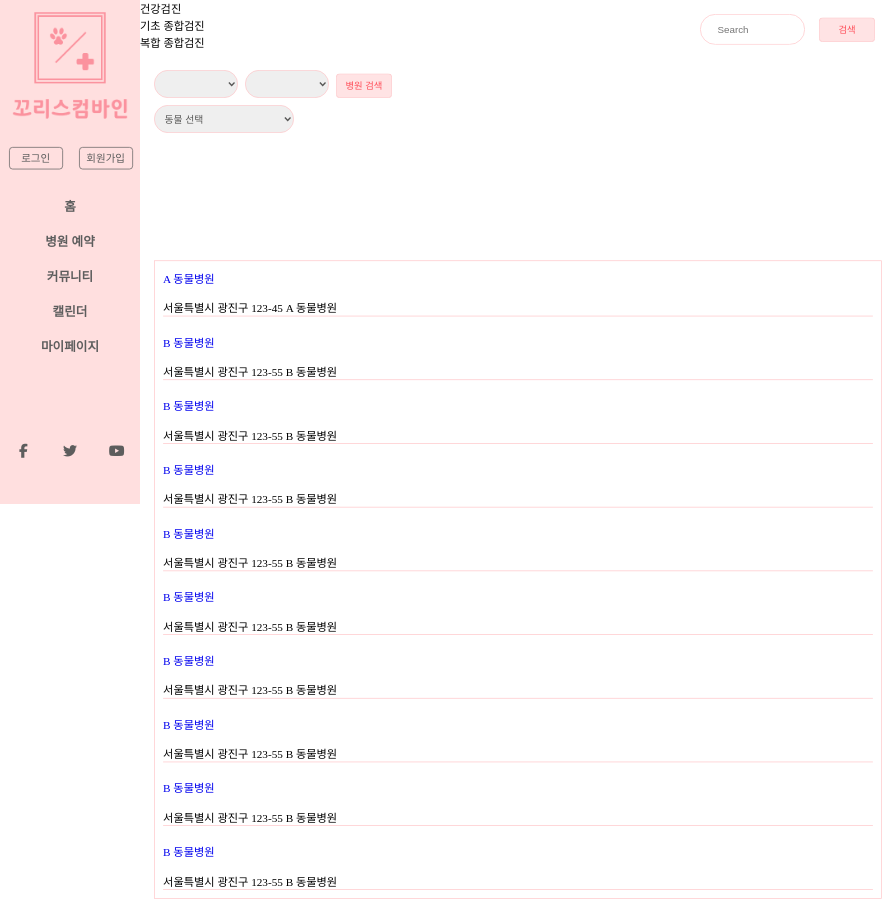
Repository: dodnam/kkoris
Page: http://localhost/1_kkoris/reservation1.jsp
These files come from the project's save history. The page is drawn as it stood at one moment and after the next save; the edit follows.
The browser window is 1280 px wide. The pictures show the whole page, at 70% of full size.
Some web libraries are served in a nearby version. The page is served by Tomcat 9.

Above is the page before, as saved 2020-02-17 01:55:26.
Console error: TypeError: Cannot read properties of undefined (reading 'options')

### 1_kkoris/WebContent/reservation1.jsp
<%@ page language="java" contentType="text/html; charset=UTF-8"
    pageEncoding="UTF-8"%>
<!DOCTYPE html>
<html>
<head>
<meta charset="UTF-8">
<title>Insert title here</title>
<link rel="stylesheet" type="text/css" href="<%= request.getContextPath() %>/css/index.css"/>
<style>
	.search_input{width: 150px; padding: 12px 24px; font-size: 14px; line-height: 18px; color: #575756; background-size: 18px 18px; border-radius: 50px; backface-visibility: hidden; border: 1px solid #ffc6c9;position: fixed; right:130px; top: 20px; outline:none;}
   .search_box1{line-height: 30px; text-align: center; background-color: #ffe3e4; color:#ff4e59;border: 1px solid #fcc6c9; border-radius: 5px; width: 80px; height: 35px;  position: fixed;right: 30px; top: 25px; outline:none;}
   	#city{width: 120px; padding: 10px; font-size: 14px; line-height: 18px; color: #575756;background-size: 18px 10px; border-radius: 50px; border: 1px solid #ffc6c9;position: fixed; top: 100px; left:220px; outline:none;}
   	#gugun{width: 120px; padding: 10px; font-size: 14px; line-height: 18px; color: #575756;background-size: 18px 10px; border-radius: 50px; border: 1px solid #ffc6c9;position: fixed; top: 100px; left: 350px; outline:none;}
   	.search_box2{line-height: 30px; text-align: center; background-color: #ffe3e4; color:#ff4e59;border: 1px solid #fcc6c9; border-radius: 5px; width: 80px; height: 35px;  position: fixed;left: 480px; top: 105px; outline:none;}
   	.search_animal{width: 200px; padding: 10px; font-size: 14px; line-height: 18px; color: #575756;background-size: 18px 10px; border-radius: 50px; border: 1px solid #ffc6c9;position: fixed; top: 150px; left:220px; outline:none;}
   	.medical_departments{width: 200px; padding: 10px; font-size: 14px; line-height: 18px; color: #575756;background-size: 18px 10px; border-radius: 50px; border: 1px solid #ffc6c9;position: fixed; top: 200px; left:220px; outline:none;}
   	.hospital_list{border:1px solid #ffc6c9; overflow: auto; left:220px; right: 20px; bottom:50px;margin-top:300px; margin-left:20px; margin-right:20px;}
   	.hospital_list>ul>li{padding:12px;}
   	.hospital_list>ul>li::after{content: ''; display:block; border-bottom: 1px solid #ffc6c9; width:100%;}
</style>
	<script type="text/javascript">

		   // 지역 선택

		   var f_selbox = ["서울특별시","인천광역시","대전광역시","광주광역시","대구광역시","울산광역시","부산광역시","경기도","강원도","충청북도","충청남도","전라북도","전라남도","경상북도","경상남도","제주도"];
		   var s_selbox = new Array();
		   s_selbox[0] = ["강남구","강동구","강북구","강서구","관악구","광진구","구로구","금천구","노원구","도봉구","동대문구","동작구","마포구","서대문구","서초구","성동구","성북구","송파구","양천구","영등포구","용산구","은평구","종로구","중구","중랑구"];
		   s_selbox[1] = ["계양구","남구","남동구","동구","부평구","서구","연수구","중구","강화군","옹진군"];
		   s_selbox[2] = ["대덕구","동구","서구","유성구","중구"];
		   s_selbox[3] = ["광산구","남구","동구",     "북구","서구"];
		   s_selbox[4] = ["남구","달서구","동구","북구","서구","수성구","중구","달성군"];
		   s_selbox[5] = ["남구","동구","북구","중구","울주군"];
		   s_selbox[6] = ["강서구","금정구","남구","동구","동래구","부산진구","북구","사상구","사하구","서구","수영구","연제구","영도구","중구","해운대구","기장군"];
		   s_selbox[7] = ["고양시","과천시","광명시","광주시","구리시","군포시","김포시","남양주시","동두천시","부천시","성남시","수원시","시흥시","안산시","안성시","안양시","양주시","오산시","용인시","의왕시","의정부시","이천시","파주시","평택시","포천시","하남시","화성시","가평군","양평군","여주군","연천군"];
		   s_selbox[8] = ["강릉시","동해시","삼척시","속초시","원주시","춘천시","태백시","고성군","양구군","양양군","영월군","인제군","정선군","철원군","평창군","홍천군","화천군","횡성군"];
		   s_selbox[9]= ["제천시","청주시","충주시","괴산군","단양군","보은군","영동군","옥천군","음성군","증평군","진천군","청원군"];
		   s_selbox[10] = ["계룡시","공주시","논산시","보령시","서산시","아산시","천안시","금산군","당진군","부여군","서천군","연기군","예산군","청양군","태안군","홍성군"];
		   s_selbox[11] = ["군산시","김제시","남원시","익산시","전주시","정읍시","고창군","무주군","부안군","순창군","완주군","임실군","장수군","진안군"];
		   s_selbox[12] = ["광양시","나주시","목포시","순천시","여수시","강진군","고흥군","곡성군","구례군","담양군","무안군","보성군","신안군","영광군","영암군","완도군","장성군","장흥군","진도군","함평군","해남군","화순군"];
		   s_selbox[13] = ["경산시","경주시","구미시","김천시","문경시","상주시","안동시","영주시","영천시","포항시","고령군","군위군","봉화군","성주군","영덕군","영양군","예천군","울릉군","울진군","의성군","청도군","청송군","칠곡군"];
		   s_selbox[14] = ["거제시","김해시","마산시","밀양시","사천시","양산시","진주시","진해시","창원시","통영시","거창군","고성군","남해군","산청군","의령군","창녕군","하동군","함안군","함양군","합천군"];
		   s_selbox[15] = ["서귀포시","제주시","남제주군","북제주군"];

 		function init(f){
 			var f_sel = f.first;
 			var s_sel = f.second;

 			f_sel.options[0] = new Option(":: 시/도 ::", "");
 			s_sel.options[0] = new Option(":: 구/군 ::", "");

 			for(var i = 0; i < f_selbox.length; i++){
 				f_sel.options[i+1] = new Option(f_selbox[i], f_selbox[i]);
 			}
 		}
 		function initChange(f){
 			var f_sel = f.first;
 			var s_sel = f.second;

 			var sel = f_sel.selectedIndex;
 			for(var i = s_sel.length; i >= 0; i--){
 				s_sel.options[i] = null;
 			}

 			s_sel.options[0] = new Option(":: 시/도 ::", "");

 			if(sel != 0){
 				for(var i = 0; i < s_selbox[sel-1].length; i++){
 					s_sel.options[i+1] = new Option(s_selbox[sel-1][i], s_selbox[sel-1][i]);
 				}
 			}
 		}

 		// 진료 과목 선택
 		var f_medi = ["건강검진","혈액검사","안과검진","예방접종","치과","피부과","키트검사","내시경","초음파","중성화 수술","기타"];
 		var s_medi = new Array();
 		s_medi[0] = ["기초 종합검진","복합 종합검진"];
 		s_medi[1] = ["기초 혈액검사"];
 		s_medi[2] = ["기초 안과검진"];
 		s_medi[3] = ["코로나","켄넬로프","반려견 종합백신","광견병","인플루엔자","반려묘 종합백신","항체가검사"];
 		s_medi[4] = ["스케일링","발치"];
 		s_medi[5] = ["곰팡이균 검사","알러지 검사"];
 		s_medi[6] = ["심장사상충 검사"];
 		s_medi[7] = ["위 내시경"];
 		s_medi[8] = ["초음파"];
 		s_medi[9] = ["수컷","암컷","잠복고환"];
 		s_medi[10] = ["기타"];

 		</script>

</head>
<body onload = "init(this.form);">
	<%@ include file="views/layout.jsp" %>

	<div class="container">
		<div>
			<input class="search_input" type="search" placeholder="Search">
			<button class="search_box1">검색</button>
		</div>
		<form name="form">
			<select id="city" onchange="initChange(this.form);"></select>
			<select id="gugun"></select>
		</form>
		<div >
			<button class="search_box2">병원 검색</button>
		</div>
		<div>
			<select class="search_animal">
				<option>동물 선택</option>
				<option>동물 선택</option>
				<option>동물 선택</option>
			</select>
		</div>
		<div>
			<ul>
				<li>건강검진
					<ul>
						<li>기초 종합검진</li>
						<li>복합 종합검진</li>
					</ul>
				</li>
				<li>
					<ul>
						<li></li>
					</ul>
				</li>
				<li>
					<ul>
						<li></li>
					</ul>
				</li>
				<li>
					<ul>
						<li></li>
					</ul>
				</li>
				<li>
					<ul>
						<li></li>
					</ul>
				</li>
				<li>
					<ul>
						<li></li>
					</ul>
				</li>
				<li>
					<ul>
						<li></li>
					</ul>
				</li>
				<li>
					<ul>
						<li></li>
					</ul>
				</li>
				<li>
					<ul>
						<li></li>
					</ul>
				</li>
				<li>
					<ul>
						<li></li>
					</ul>
				</li>
				<li>
					<ul>
						<li></li>
					</ul>
				</li>
				<li>
					<ul>
						<li></li>
					</ul>
				</li>
			</ul>
		</div>
		<div class="hospital_list">
			<ul>
				<li>
					<a href="#">
						A 동물병원
					</a><br><br>
					서울특별시 광진구 123-45 A 동물병원
				</li>
				<li>
					<a href="#">
						B 동물병원
					</a><br><br>
					서울특별시 광진구 123-55 B 동물병원<br>
				</li>
				<li>
					<a href="#">
						B 동물병원
					</a><br><br>
					서울특별시 광진구 123-55 B 동물병원<br>
				</li>
				<li>
					<a href="#">
						B 동물병원
					</a><br><br>
					서울특별시 광진구 123-55 B 동물병원<br>
				</li>
				<li>
					<a href="#">
						B 동물병원
					</a><br><br>
					서울특별시 광진구 123-55 B 동물병원<br>
				</li>
				<li>
					<a href="#">
						B 동물병원
					</a><br><br>
					서울특별시 광진구 123-55 B 동물병원<br>
				</li>
				<li>
					<a href="#">
						B 동물병원
					</a><br><br>
					서울특별시 광진구 123-55 B 동물병원<br>
				</li>
				<li>
					<a href="#">
						B 동물병원
					</a><br><br>
					서울특별시 광진구 123-55 B 동물병원<br>
				</li>
				<li>
					<a href="#">
						B 동물병원
					</a><br><br>
					서울특별시 광진구 123-55 B 동물병원<br>
				</li>
				<li>
					<a href="#">
						B 동물병원
					</a><br><br>
					서울특별시 광진구 123-55 B 동물병원<br>
				</li>
			</ul>
		</div>

	</div>
</body>
</html>

### 1_kkoris/WebContent/views/layout.jsp
<%@ page language="java" contentType="text/html; charset=UTF-8"
    pageEncoding="UTF-8"%>
<!DOCTYPE html>
<html>
<head>
<meta charset="UTF-8">
<title>Insert title here</title>
<link href="https://fonts.googleapis.com/css?family=Noto+Sans+KR&display=swap" rel="stylesheet">
<script src="https://kit.fontawesome.com/18fd811fa1.js" crossorigin="anonymous"></script> <!-- sns아이콘 -->
<link rel="stylesheet" type="text/css" href="<%= request.getContextPath() %>/css/layout.css"/> <!-- 작성할 css를 연결 -->
</head>
<body>
	<header><!-- 헤더 -->
		<h1 class="logo"></h1>
		<nav>
      		<div class="login">
	        	<div><a href="#">로그인</a></div>
	        	<div><a href="#">회원가입</a></div>
	      	</div>
	      	<ul id="navigator">
	        	<li id="nav-home">
	         		<a href="#"><span>홈</span></a>
	         	</li>
	         	<li id="nav-hospital">
	         		<span>병원 예약</span>
         			<ul class="nav2-hospital" id="nav2-hospital">
         				<li><a href="#">병원 검색</a></li>
	         			<li><a href="#">예약 확인</a></li>
	         			<li><a href="#">병원 후기</a></li>
         			</ul>
	         	</li>
	         	<li id="nav-community">
	         		<span>커뮤니티</span>
         			<ul class="nav2-community" id="nav2-community">
	         			<li><a href="#">공지사항</a></li>
	         			<li><a href="#">후기 모아보기</a></li>
	         			<li><a href="#">지식 공유</a></li>
         			</ul>
	         	</li>
	         	<li id="nav-calendar">
	         		<a href="#"><span>캘린더</span></a>
	         	</li>
	         	<li id="nav-mypage">
	         		<span>마이페이지</span>
	         		<ul class="nav2-mypage" id="nav2-mypage">
		         		<li><a href="#">내 정보</a></li>
		         		<li><a href="#">예약 조회</a></li>
		         		<li><a href="#">포인트샵</a></li>
		         		<li><a href="#">내가 쓴 글 조회</a></li>
	         		</ul>
	         	</li>
	      	</ul>
		<dl>
	    	<dt class="blind">sns</dt>
	        <dd><a href="#"><i class="fab fa-facebook-f"></i></a></dd>
	        <dd><a href="#"><i class="fab fa-twitter"></i></a></dd>
	        <dd><a href="#"><i class="fab fa-youtube"></i></a></dd>
		</dl>
		</nav>
	</header>
	<footer></footer>
</body>
</html>

### 1_kkoris/WebContent/css/index.css
@charset "UTF-8";
/* 컨테이너 */
div.container{position: absolute; top:0; left:0; padding-left:200px; height:100%; width:100%; box-sizing:border-box;}
/* 섹션이 현재 1개이기 때문에 100% 2개면 200%, 3개면 300% */
/* 참고	section:nth-of-type(1) {section 중 첫번째 section에 접근} */
section.main {position:relative; height:100%; width:100%; background: url(../images/main-bg.jpg) no-repeat center center; background-size: contain;}
section.main > article.quickMenu > ul {position: absolute; top:calc(50% - 50px); left:calc(50% - 25%); width: 50%; height: 100px; display: flex;}
section.main > article.quickMenu {position: relative; width: 100%; height: 100%; background: rgba(0, 0, 0, 0.2);}
section.main > article.quickMenu > ul > li {width: 25%; height:100px;}
section.main > article.quickMenu > ul > li > a {color: #5d5d5d; display:block; font-size: 5em; text-align:center;}
section.main > article.quickMenu > ul > li > a > span {display: block; font-size: 15px;}
section.main > article.quickMenu > ul > li > a:hover {color: #fb929e;}

### 1_kkoris/WebContent/css/layout.css
@charset "UTF-8";
* {margin: 0; padding: 0;}
html, body {width: 100%;height: 100%}
table{border-collapse: collapse;}
img,fieldset{border: none;}
address,caption,cite,code,em,strong,th{font-style: normal;font-weight: normal;}
ol,ul{list-style: none;}
capthion,th{text-align: left;}
h1,h2,h3,h4,h5,h6{font-weight: normal;font-size: 100%;}
q:after,q:before{content: "";}
abbr,acronym{border:none;} /* 축약어 */
img,input,select{vertical-align: middle;}
hr{display: none;}
html,body{width: 100%;height: 100%}
a {text-decoration: none;}
header {position: fixed; width: 200px; height: 100%; background: #ffdfdf; z-index: 30;}
.blind{position: absolute;left: 0;top: 0;width: 0;height: 0;font-size: 0;line-height: 0;text-indent: -9999px;overflow: hidden;visibility: hidden;}
.displaynone{display: none;}

h1.logo {
	text-indent: -9999px; overflow: hidden; width: 180px; height: 180px;
	margin: 10px auto; /* auto는 중앙에 놓음 */
	background: url(../images/logo.png) no-repeat; background-size: contain; /*contain = h1 사이즈에 맞춤*/
}

.login {display: flex; justify-content:space-around; font-size: 15px;}
				/*블락요소로 가로 정렬 함*/
.login > div {width: 75px; height: 30px;} /* 위 아래 마진, 좌 우 마진*/
.login > div > a {display: block; width: 100%; height: 100%; line-height: 30px; text-align: center; border: 1px solid #5d5d5d; border-radius: 5px;}
.login > div > a:hover {color: #fb929e; border: none; background: #fff6f6; font-weight: 600}

/* 메뉴바 */
nav {margin-top: 20px;}
nav * {color: #5d5d5d;}
nav > ul {margin-top: 30px; text-align: center;}
nav > ul > li {width: 100%;}
nav > ul > li:hover {background: #fff6f6;}
nav > ul > li span {display:block; width: 100%; height: 100%; line-height: 50px; font-size: 18px; font-weight: 600; border-radius: 10px; cursor: pointer;}
nav > ul > li span:hover {color: #fb929e;}

nav > ul > li > ul[class^=nav2] {display: none;}
nav > ul > li > ul[class^=nav2] > li > a {display: block; line-height: 40px; font-size: 16px;}
nav > ul > li > ul[class^=nav2] > li > a:hover {color: #fb929e; font-weight: 600;}

nav > ul > li:hover > ul[class^=nav2] {display: block;}

/* sns */
nav > dl {position:absolute; bottom:50px; width:100%; height:50px; display:flex; justify-content:space-around;}
nav > dl > dd {width:50px; text-align:center;}
nav > dl > dd > a {display: block; width: 100%; height:100%; font-size:20px; line-height:50px; transition:all 0.2s ease 0s;}
nav > dl > dd > a:hover {font-size:25px;}

After the next save:
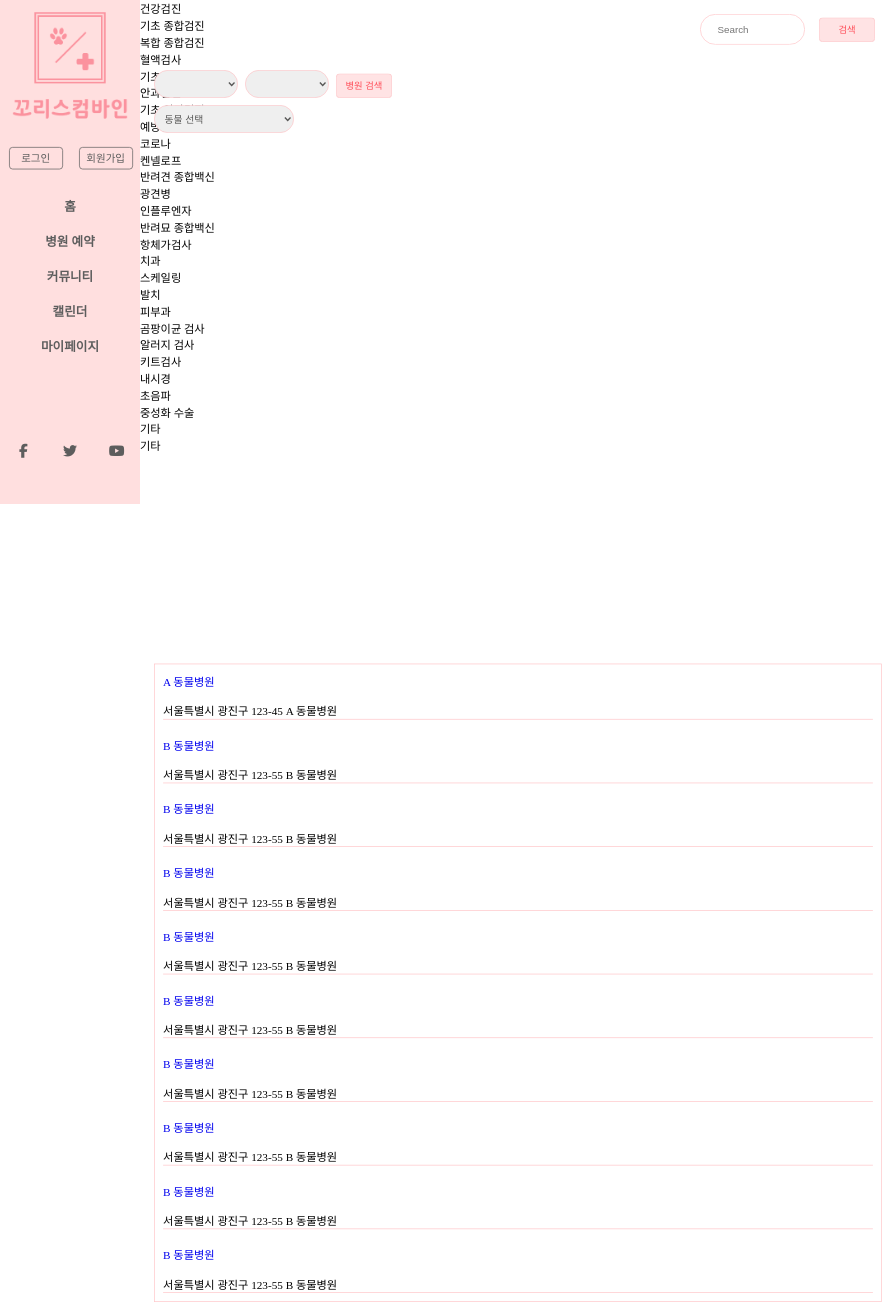
Saved 2 min 32 s later.
--- a/1_kkoris/WebContent/reservation1.jsp
+++ b/1_kkoris/WebContent/reservation1.jsp
@@ -118,59 +118,62 @@
 						<li>복합 종합검진</li>
 					</ul>
 				</li>
-				<li>
-					<ul>
-						<li></li>
-					</ul>
-				</li>
-				<li>
-					<ul>
-						<li></li>
-					</ul>
-				</li>
-				<li>
-					<ul>
-						<li></li>
-					</ul>
-				</li>
-				<li>
-					<ul>
-						<li></li>
-					</ul>
-				</li>
-				<li>
-					<ul>
-						<li></li>
-					</ul>
-				</li>
-				<li>
-					<ul>
-						<li></li>
-					</ul>
-				</li>
-				<li>
-					<ul>
-						<li></li>
-					</ul>
-				</li>
-				<li>
-					<ul>
-						<li></li>
-					</ul>
-				</li>
-				<li>
-					<ul>
-						<li></li>
-					</ul>
-				</li>
-				<li>
-					<ul>
-						<li></li>
-					</ul>
-				</li>
-				<li>
-					<ul>
-						<li></li>
+				<li>혈액검사
+					<ul>
+						<li>기초 혈액검사</li>
+					</ul>
+				</li>
+				<li>안과검진
+					<ul>
+						<li>기초 안과검진</li>
+					</ul>
+				</li>
+				<li>예방접종
+					<ul>
+						<li>코로나</li>
+						<li>켄넬로프</li>
+						<li>반려견 종합백신</li>
+						<li>광견병</li>
+						<li>인플루엔자</li>
+						<li>반려묘 종합백신</li>
+						<li>항체가검사</li>
+					</ul>
+				</li>
+				<li>치과
+					<ul>
+						<li>스케일링</li>
+						<li>발치</li>
+					</ul>
+				</li>
+				<li>피부과
+					<ul>
+						<li>곰팡이균 검사</li>
+						<li>알러지 검사</li>
+					</ul>
+				</li>
+				<li>키트검사
+					<ul>
+						<li></li>
+					</ul>
+				</li>
+				<li>내시경
+					<ul>
+						<li></li>
+					</ul>
+				</li>
+				<li>초음파
+					<ul>
+						<li></li>
+					</ul>
+				</li>
+				<li>중성화 수술
+					<ul>
+						<li></li>
+					</ul>
+				</li>
+				<li>기타
+					<ul>
+						<li>기타</li>
 					</ul>
 				</li>
 			</ul>
